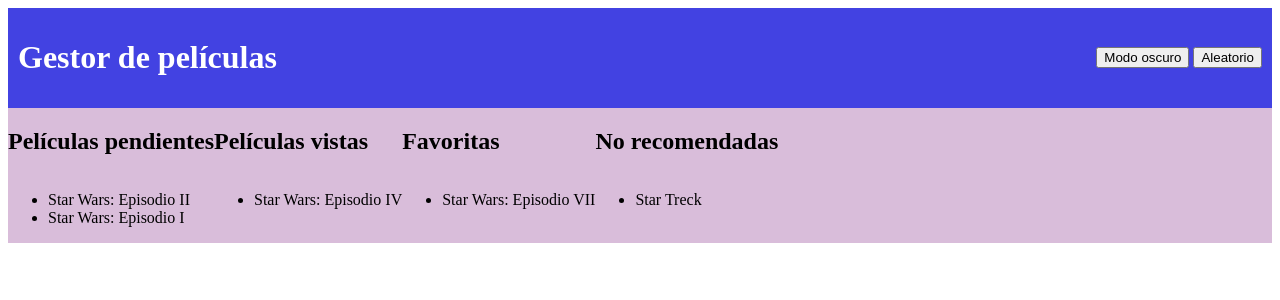
Repository: alvarobarasona/DAW_2
Page: DIW/EXAMEN_SEGUNDA_EV/public/index.html
An editor plug-in stored every save of this project. The page is shown before and after the next save, followed by the edit.
The browser window is 1280 px wide. The pictures show the whole page.
The style sheet was rebuilt from its Sass, Less or Tailwind sources for each picture, by a compiler version that may differ from the author's.

Above is the page before, as saved 2024-03-04 17:24:52.

After the next save:
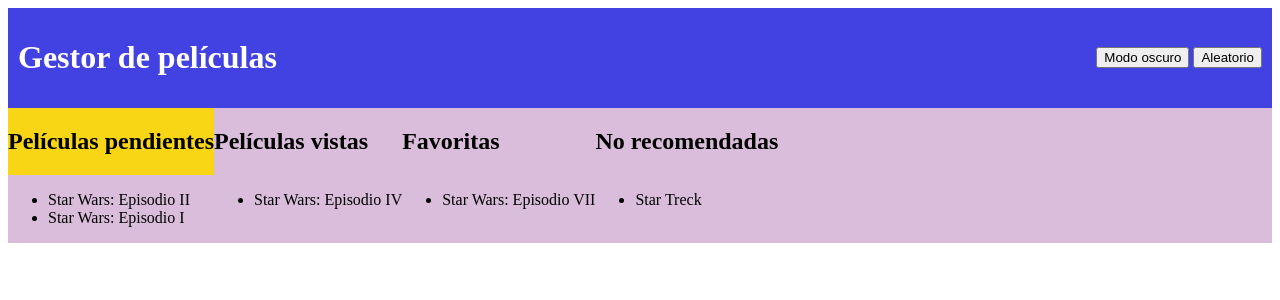
Saved 16 s later.
--- a/DIW/EXAMEN_SEGUNDA_EV/public/scss/style.scss
+++ b/DIW/EXAMEN_SEGUNDA_EV/public/scss/style.scss
@@ -17,5 +17,5 @@ main {
 }
 
 #pendient-movies-header {
-    @include aparience(row, $main_bgc, $movies_font_color);
+    @include aparience(row, $show_movies, $movies_font_color);
 }
